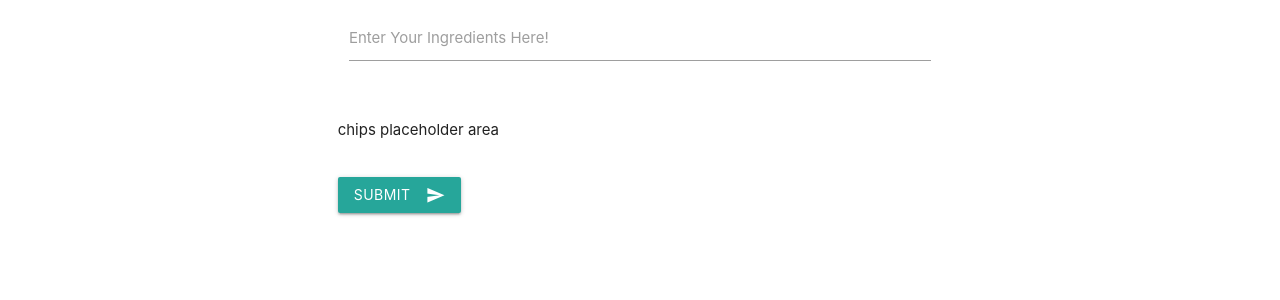
Repository: Aaron-R-Carter/Project1
Page: new.html
An editor plug-in stored every save of this project. The page is shown before and after the next save, followed by the edit.
The browser window is 1280 px wide. The pictures show the whole page.

Above is the page before, as saved 2019-11-01 18:12:12.
Console error: SyntaxError: Unexpected token '<'

### new.html
<!DOCTYPE html>
<html>

<head>
    <!--Import Google Icon Font-->
    <link href="https://fonts.googleapis.com/icon?family=Material+Icons" rel="stylesheet">
    <!--Import materialize.css-->
    <link rel="stylesheet" href="https://cdnjs.cloudflare.com/ajax/libs/materialize/1.0.0/css/materialize.min.css">
    <link rel="stylesheet" href="./prototype.css">
    <!--Let browser know website is optimized for mobile-->
    <meta name="viewport" content="width=device-width, initial-scale=1.0" />

</head>

<body>
    <div class="container" id="main-forms-container">
        <div class="row" id="form-row">

            <div class="container" id="main-forms-container">
                <div class="row" id="form-row">
                    <div class="col s12" id="form-column">
                        <div class="input-field col s12">
                            <!-- <i class="material-icons prefix">textsms</i> -->
                            <input type="text" id="autocomplete-input" class="autocomplete">
                            <label for="autocomplete-input">Enter Your Ingredients Here!</label>
                        </div>
                    </div>
                </div>
                <div class="row" id="chips-row">
                    <div class="col s12" id="chips-column">
                        <p>chips placeholder area</p>
                    </div>
                </div>
                <div class="row" id="submit-row">
                    <div class="col s12" id="submit-column">
                        <button class="btn waves-effect waves-light" type="submit" name="action">Submit
                            <i class="material-icons right">send</i>
                        </button>
                    </div>
                </div>
            </div>

            <script src="https://code.jquery.com/jquery-3.4.1.min.js"
                integrity="sha256-CSXorXvZcTkaix6Yvo6HppcZGetbYMGWSFlBw8HfCJo=" crossorigin="anonymous"></script>
            <script src="https://cdnjs.cloudflare.com/ajax/libs/materialize/1.0.0/js/materialize.min.js"></script>
            <script src="./script.js"></script>

</body>

</html>

### prototype.css
#form-page {
    width: 100%;
}

.label {
    font-size: 15px;
}

### script.js

    <div id="left-box">
    <form id="ingredient-form">
        <label for="ingredient-input">List of Ingredients:</label>
        <br>
        <input type="text" id="ingredient-input" placeholder="Ingredients">

        <!-- Button will trigger new ingredients to be added -->
        <input id="add " class="btn btn-primary mb-2" type="submit" value="Add a zipcode">
    </form>

    <div id="zipcode-view"></div>
</div>

After the next save:
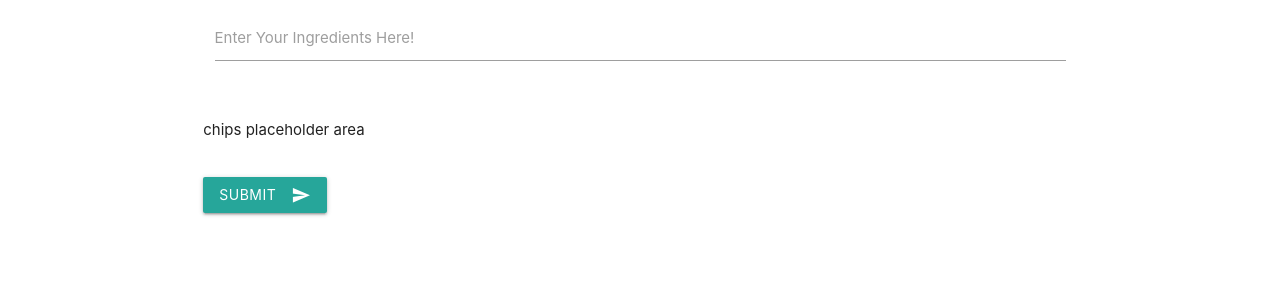
Saved 26 s later.
--- a/new.html
+++ b/new.html
@@ -13,8 +13,7 @@
 </head>
 
 <body>
-    <div class="container" id="main-forms-container">
-        <div class="row" id="form-row">
+
 
             <div class="container" id="main-forms-container">
                 <div class="row" id="form-row">
